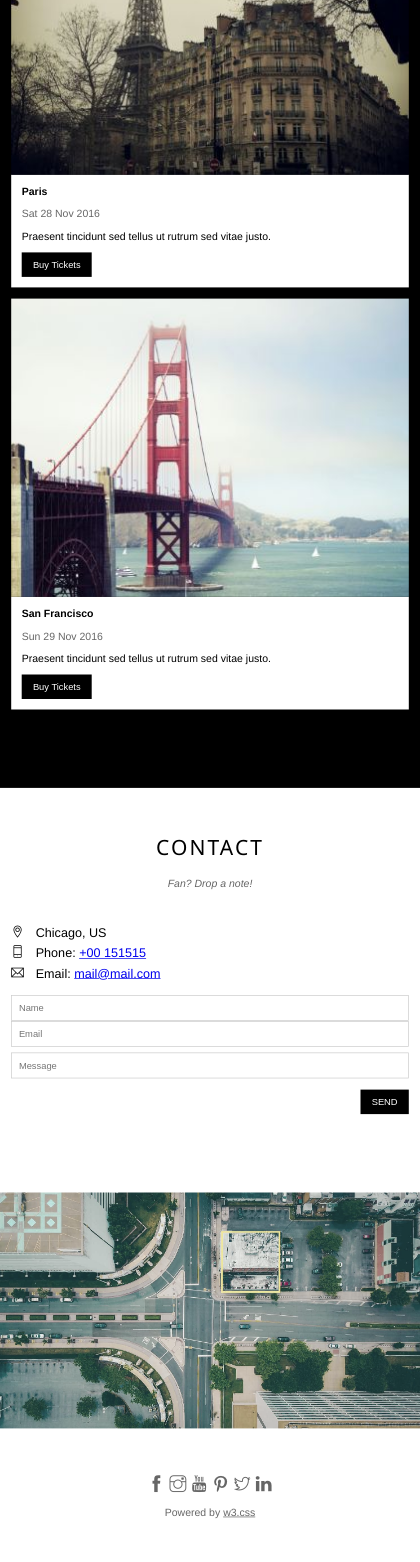
Repository: Lehau79/w3_band
Page: index.html
These files come from the project's save history. The page is drawn as it stood at one moment and after the next save; the edit follows.
The browser window is 600 px wide. The pictures show the part of the page from y = 3182 to 5422 px (the page is 5414 px tall before and 5422 px after), at 70% of full size.

Above is the page before, as saved 2021-11-21 16:57:42.

### index.html
<!DOCTYPE html>
<html lang="en">
<head>
    <meta charset="UTF-8">
    <meta http-equiv="X-UA-Compatible" content="IE=edge">
    <meta name="viewport" content="width=device-width, initial-scale=1.0">
    <title>THE BAND</title>
    <link rel="icon" href="#" type="image/x-icon" />
    <link rel="stylesheet" href="./assets/css/style.css">
    <link rel="stylesheet" href="./assets/css/responsive.css">
    <link rel="stylesheet" href="/assets/font/themify-icons/themify-icons.css">
</head>
<body>
    <div id="main">
        <div id="header">
            <!-- Beign: Nav -->
            <ul id="nav">
                <li><a href="#">Home</a></li>
                <li><a href="#band">Band</a></li>
                <li><a href="#tour">Tour</a></li>
                <li><a href="#contain">Contact</a></li>
                <li>
                    <a href="#">
                        More
                    <i class="nav-arrow-down ti-angle-down"></i>
                    </a>
                    <ul class="subnav">
                        <li><a href="#">Merchandise</a></li>
                        <li><a href="#">Extras</a></li>
                        <li><a href="#">Media</a></li>
                    </ul>
                </li>
            </ul>
            <!-- End: Nav -->

            <!-- Begin: Search button -->
                <div class="search-btn">
                    <i class="search-icon ti-search"></i>
                </div>
            <!-- End: Search button -->

            <!-- Begin: Mobile-menu-btn -->
            <div id="mobile-menu" class="mobile-menu-btn">
                <i class="menu-icon ti-menu"></i>
            </div>
            <!-- End: Mobile-menu-btn -->

        </div>
            <!-- Begin: Slider-->
        <div id="slider">
            <div class="text-content">
                <h2 class="text-heading">Chicago</h2>
                <div class="text-description">Thank you, Chicago - A night we won't forget.</div>
            </div>
        </div>
            <!-- End: Slider -->

            <!-- Begin: Content-->
        <div id="content">

            <!-- Begin: TheBand Section-->
            <div class="content-section" id="band">
                <h2 class="content-heading">THE BAND</h2>
                <p class="content-sub-heading">We love music</p>
                <p class="about-text">We have created a fictional band website. Lorem ipsum dolor sit amet, consectetur adipiscing elit, sed do eiusmod tempor incididunt ut labore et dolore magna aliqua. Ut enim ad minim veniam, quis nostrud exercitation ullamco laboris nisi ut aliquip ex ea commodo consequat. Duis aute irure dolor in reprehenderit in voluptate velit esse cillum dolore eu fugiat nulla pariatur. Excepteur sint occaecat cupidatat non proident, sunt in culpa qui officia deserunt mollit anim id est laborum consectetur adipiscing elit, sed do eiusmod tempor incididunt ut labore et dolore magna aliqua. Ut enim ad minim veniam, quis nostrud exercitation ullamco laboris nisi ut aliquip ex ea commodo consequat.</p>
                <div class="row members-list">
                    <div class="col col-third s-col-full mt-32 text-center">
                        <p class="member-name">Name</p>
                        <img src="./assets/images/Band/Member1.jpg" alt="LVH" class="member-img">
                    </div>
                    <div class="col col-third s-col-full mt-32 text-center">
                        <p class="member-name">Name</p>
                        <img src="./assets/images/Band/Member1.jpg" alt="LVH" class="member-img">
                    </div>
                    <div class="col col-third s-col-full mt-32 text-center">
                        <p class="member-name">Name</p>
                        <img src="./assets/images/Band/Member1.jpg" alt="LVH" class="member-img">
                    </div>
                </div>
            </div>
            <!--End: TheBand Section-->

            <!-- Begin: Tour Section-->
            <div class="tour-section" id="tour">
                <div class="content-section">
                    <h2 class="content-heading text-white">TOUR DATES</h2>
                    <p class="content-sub-heading text-white">Remember to book your tickets!</p>

                    <ul class="tickets-list">
                        <li>Setember <span class="sold-out">Sold out</span></li>
                        <li>October <span class="sold-out">Sold out</span></li>
                        <li>November <span class="sold-quatity">3</span></li>
                    </ul>

                    <!--Begin :Tour Places Section-->
                    <div class="row place-list">
                        <div class="col col-third s-col-full mt-16">
                            <img src="./assets/images/Places/Place1.jpg" alt="New York" class="place-img">
                            <div class="place-body">
                                <h3 class="place-heading">New York</h3>
                                <p class="place-time">Fri 27 Nov 2016</p>
                                <p class="place-desc">Praesent tincidunt sed tellus ut rutrum sed vitae justo.</p>
                                <button class="btn s-full-width js-buy-ticket">Buy Tickets</button>
                            </div>
                        </div>

                        <div class="col col-third s-col-full mt-16">
                            <img src="./assets/images/Places/Place2.jpg" alt="New York" class="place-img">
                            <div class="place-body">
                                <h3 class="place-heading">Paris</h3>
                                <p class="place-time">Sat 28 Nov 2016</p>
                                <p class="place-desc">Praesent tincidunt sed tellus ut rutrum sed vitae justo.</p>
                                <button class="btn s-full-width js-buy-ticket">Buy Tickets</button>
                            </div>
                        </div>

                        <div class="col col-third s-col-full mt-16">
                            <img src="./assets/images/Places/place3.jpg" alt="New York" class="place-img">
                            <div class="place-body">
                                <h3 class="place-heading">San Francisco</h3>
                                <p class="place-time">Sun 29 Nov 2016</p>
                                <p class="place-desc">Praesent tincidunt sed tellus ut rutrum sed vitae justo.</p>
                                <button class="btn s-full-width js-buy-ticket">Buy Tickets</button>
                            </div>
                        </div>


                    </div>
                    <!--End: Tour Places Section-->
                </div>
            </div>
            <!-- End: Tour Place Section-->


            <!-- Begin: Contact Section-->
            <div class="content-section" id="contain" >
                <h2 class="content-heading">CONTACT</h2>
                <p class="content-sub-heading">Fan? Drop a note!</p>

                <div class="row  contact-content">
                    <div class="col col-half s-col-full contact-info">
                        <p><i class="ti-location-pin"></i> Chicago, US</p>
                        <p><i class="ti-mobile"></i>  Phone: <a href="tel:+00 151515">+00 151515</a></p>
                        <p><i class="ti-email"></i> Email: <a href="mailto:mail@mail.com">mail@mail.com</a></p>

                    </div>
                    <div class="col col-half s-col-full contact-form">
                        <form action="">
                            <div class="row">
                                <div class="col col-half s-col-full">
                                    <input type="text" name="" id="" required class="form-control" placeholder="Name">
                                </div>
                                <div class="col col-half s-col-full s-mt-8">
                                    <input type="email" name="" id="" required class="form-control" placeholder="Email">
                                </div>
                            </div>
                            <div class="row mt-8">
                                <div class="col col-full">
                                    <input type="text" name="" id="" required class="form-control" placeholder="Message">
                                </div>
                            </div>
                            <input class="btn s-full-width mt-16 pull-right" type="submit" value="SEND" />
                        </form>
                    </div>
            </div>
            </div>
            <!-- End: Contact Section-->

            <div class="image-section">
                <img src="./assets/images/Map/map.jpg" alt="Map">
            </div>
        </div>
        <!-- End: Content Section-->

        <!-- Begin: Footer-->
        <div id="footer">
            <div class="socials-list">
                <a href=""><i class="ti-facebook"></i></a>
                <a href=""><i class="ti-instagram"></i></a>
                <a href=""><i class="ti-youtube"></i></a>
                <a href=""><i class="ti-pinterest"></i></a>
                <a href=""><i class="ti-twitter"></i></a>
                <a href=""><i class="ti-linkedin"></i></a>
            </div>
            <p class="copyright">Powered by <a href="">w3.css</a></p>
        </div>
        <!--End :Footer-->
    </div>

    <div class="modal js-modal">
        <div class="modal-container js-modal-container">
            <div class="modal-close js-modal-close">
                <i class="ti-close"></i>
            </div>
            <header class="modal-header">
                <i class="modal-heading-icon ti-bag"></i>
                Tickets
            </header>
            <div class="modal-body">
                <label for="ticket-quality" class="modal-label">
                    <i class="ti-shopping-cart"></i>
                    Tickets, $15 per person
                </label>
                <input type="text"  id="ticket-quality" class="modal-input" placeholder="How many?">

                <label for="ticket-email" class="modal-label">
                    <i class="ti-user"></i>
                    Send to
                </label>
                <input type="email"  id="ticket-email" class="modal-input" placeholder="Enter email ......">

                <button class="buy-tickets">
                    Pay <i class="ti-check"></i>
                </button>
            </div>
            <footer class="modal-footer">
                <p class="modal-help">Need
                    <a href="#">help?</a>
                </p>
            </footer>
        </div>
    </div>
    <script>
        /* Begin: Modal */
        const buyBtns = document.querySelectorAll('.js-buy-ticket')
        const modal = document.querySelector('.js-modal')
        const modalClose = document.querySelector('.js-modal-close')
        const modalContainer = document.querySelector('.js-modal-container')
        function showBuyTickets() {
            modal.classList.add('open')
        }

        function hideBuyTickes() {
            modal.classList.remove('open')
        }

        for(const buyBtn of buyBtns) {
            buyBtn.addEventListener('click',showBuyTickets)
        }

        modalClose.addEventListener('click',hideBuyTickes)

        modal.addEventListener('click',hideBuyTickes)

        modalContainer.addEventListener('click', function (event) {
            event.stopPropagation()
        })
        /* End: Modal */

        /* Đóng mở Mobile Menu */
        var header = document.getElementById('header')
        var mobileMenu = document.getElementById('mobile-menu')
        var headerHeight = header.clientHeight;

        mobileMenu.onclick = function() {
            var isClosed = header.clientHeight === headerHeight ;
            if (isClosed){
                header.style.height = "auto";
            }   else {
                header.style.height = null;
            }
        }

        /* Tự động đóng khi chọn menu */
        var menuItems = document.querySelectorAll('#nav li a[href*="#"]');
        for(var i = 0 ; i < menuItems.length; i++) {
            var menuItem = menuItems[i];

            menuItem.onclick = function(event) {
                var isParentMenu = this.nextElementSibling && this.nextElementSibling.classList.contains('subnav');
                if(isParentMenu){
                    event.preventDefault();
                } else {
                    header.style.height= null;
                }

            }
        }

    </script>
</body>
</html>

### assets/css/style.css
* {
    padding: 0;
    margin: 0;
    box-sizing: border-box;
}

html {
    scroll-behavior: smooth;
    font-family: Helvetica, Arial, sans-serif;
}

/* Common */
.clear {
    clear: both;
}

.text-white {
    color: #fff !important;
}

.text-center {
    text-align: center !important;
}

.pull-right {
    float: right !important;
}

.btn {
    color: #fff;
    background-color: #000;
    padding: 10px 16px;
    text-decoration: none;
    display: inline-block;
    margin-top: 15px;
    border: none;
}

.btn:hover {
    color: #000;
    background-color: #ccc;
    cursor: pointer;
}

.row {
    margin-left: -8px;
    margin-right: -8px;
}

.row::after {
    content: "";
    display: block;
    clear: both;
}
.col {
    float: left;
    padding-left: 8px;
    padding-right: 8px;
}

.col-third {
    width: 33.3333%;
}

.col-half {
    width: 50%;
}

.col-full {
    width: 100%;
}

.mt-8 {
    margin-top: 8px !important;
}
.mt-16 {
    margin-top: 16px !important;
}

.mt-32 {
    margin-top: 32px !important;
}
/* Main */

#header {
    height: 46px;
    background-color: #000;
    position: fixed;
    top: 0px;
    left: 0px;
    right: 0px;
    z-index: 1;
    overflow: hidden;
}

#nav {
    display: inline-block;
}

#nav , .subnav {
    list-style-type: none;
}

#nav > li {
    display: inline-block;
}
#nav li {
    position: relative;
}
#nav > li > a {
    color: #fff;
    text-transform: uppercase;
}
#nav li a {
    text-decoration: none;
    line-height: 46px;
    padding: 0 24px;
    display: block;
}

#nav li:hover .subnav {
    display: block;
}

#nav > li:hover > a,
#nav .subnav li:hover a {
    color: #000;
    background-color: #ccc;
}

#nav .subnav {
    display: none;
    position: absolute;
    min-width: 160px;
    background-color: #fff;
    top: 100%;
    box-shadow: 0px 0px 10px rgba(0 ,0,0,0.5);
}

#nav .subnav a {
    color: #000;
    padding: 0 12px;
    line-height: 38px;
}
#nav .nav-arrow-down {
    font-size: 14px;
}

#header .mobile-menu-btn {
    position: absolute;
    top: 0;
    right: 0;
    display: none;
}

#header .mobile-menu-btn,
#header .search-btn {
    float: right;
    padding: 0px 21px;
}

#header .search-btn:hover {
    cursor: pointer;
    background-color: #f44336;
}

#header .mobile-menu-btn:hover {
    background-color: #ccc;
}

#header .mobile-menu-btn:hover .menu-icon {
    color: #000;
}

#header .menu-icon,
#header .search-icon {
    color: #fff;
    font-size: 20px;
    line-height: 46px;
}

#slider {
    margin-top: 46px;
    padding-top: 50%;
    background: url('/assets/images/Slider/Slider1.jpg') top center / cover no-repeat;
    position: relative;
}

#slider .text-content {
    position: absolute;
    color: #fff;
    bottom: 47px;
    /** Cach 1 : Canh giua
    width: 100%;
    */
    /** Cach 2 : Canh giua
    left: 0;
    right: 0;
     */
    /** Cach 3: Canh giua */
    left: 50%;
    transform: translateX(-50%);
    text-align: center;
}

#slider .text-heading {
    font-weight: 500;
    font-size: 24px;
}

#slider .text-description {
    font-size: 15px;
    margin-top: 25px;

}


#content .content-section{
    width: 800px;
    max-width: 100%;
    padding: 64px 0px 112px;
    margin-left: auto;
    margin-right: auto;
    padding-left: 16px;
    padding-right: 16px;
}
#content .content-heading{
    text-align: center;
    font-size: 30px;
    font-weight: 400;
    letter-spacing: 3px;
    font-family: 'Segoe UI', Arial,sans-serif;
}
#content .content-sub-heading{
    text-align: center;
    margin-top: 23px;
    opacity: 0.6;
    font-style: italic;
    font-size: 15px;
}
#content .about-text{
    text-align:justify;
    margin: 15px 0px;
    font-size: 15px;
    line-height: 1.4;
}

#content .members-list{
    margin-top: 32px;
}

#content .member-name{
    font-size: 15px;
}

#content .member-img{
    margin-top: 15px;
    width: 154px;
    border-radius: 4px;
}

/** Tour */
.tour-section {
    background-color: #000;
}

.tickets-list {
    margin-top: 40px;
    background-color: #fff;
    font-size: 15px;
}

.tickets-list li {
    padding: 8px 16px;
    color: #757575;
    list-style: none;
    padding: 11px 16px;
    border-bottom: 1px solid #ddd;
}

.tickets-list .sold-out {
    margin-left: 16px;
    background-color: #f44336;
    color: #fff;
    padding: 3px 8px;
}

.tickets-list .sold-quatity {
    float: right;
    height: 24px;
    width: 24px;
    background-color: #000;
    color: #fff;
    border-radius: 50%;
    text-align: center;
    line-height: 24px;
    margin-top: -2px;
    margin-right: 16px;
}
/* Place */
.place-list {
    margin-top: 16px;
}


.place-img {
    width: 100%;
    display: block;
}

.place-img:hover {
    opacity: 0.6;
}

.place-body {
    background-color: #fff;
    font-size: 15px;
    padding: 15px;
}

.place-heading {
    font-size: 15px;
    font-weight: 600;
}

.place-time {
    margin-top: 15px;
    opacity: 0.6;
}

.place-desc {
    margin-top: 15px;
}


/* Contact from*/
.contact-content {
    margin-top: 48px;
}

.contact-info {
    font-size: 18px;
    line-height: 1.6;
}

.contact-info i[class*="ti-"] {
    width:30px;
    display: inline-block;
}

.contact-form {
    font-size: 15px;
}

.contact-form .form-control {
    padding: 10px;
    border: 1px solid #ccc;
    width: 100%;
}

.image-section img {
    width: 100%;
    filter: grayscale(50%);
}

#footer {
   padding: 64px 16px;
   text-align: center;
}

#footer .socials-list {
    font-size: 24px;

}

#footer .socials-list a {
    text-decoration: none;
    color: rgba(0 ,0,0,0.6);
}
#footer .copyright a:hover,
#footer .socials-list a:hover {
    color: rgba(0 ,0,0,0.4);
}

#footer .copyright {
    font-size: 15px;
    color: rgba(0 ,0,0,0.6);
    margin-top: 15px;
}

#footer .copyright a {
    color: rgba(0 ,0,0,0.6);
}

/* Modal */
.modal {
    position: fixed;
    top: 0;
    right: 0;
    left: 0;
    bottom: 0;
    background-color: rgba(0 ,0,0,0.5);
    align-items: center;
    justify-content: center;
    display: none;
}

.modal.open {
    display: flex;
}
.modal-container {
    background-color: #fff;
    width: 900px;
    max-width: calc( 100% - 32px );
    min-height: 200px;
    position: relative;
    animation: modalFadeIn ease 0.6s;
}

.modal-header {
    background: #009688;
    height: 130px;
    display: flex;
    align-items: center;
    justify-content: center;
    font-size: 30px;
    color: #fff;
}
.modal-close {
    position: absolute;
    right: 0;
    top: 0;
    color: #fff;
    padding: 12px;
}

.modal-close:hover {
    color:#000;
    background-color: #ccc;
    cursor: pointer;
}

.modal-heading-icon {
    margin-right: 16px;
}

.modal-body {
    padding: 16px;
}

.modal-label {
    display: block;
    font-size: 15px;
    margin-bottom: 12px;
}

.modal-input {
    border: 1px solid #ccc;
    width: 100%;
    padding: 10px;
    font-size: 15px;
    margin-bottom: 24px;
}

.buy-tickets {
    background: #009688;
    color: #fff;
    border: none;
    font-size: 15px;
    width: 100%;
    text-transform: uppercase;
    padding: 18px;
}

.buy-tickets:hover {
    opacity: 0.9;
    cursor: pointer;
}
.modal-footer {
    padding: 16px;
    text-align: right;

}

.modal-footer a {
    color: #2196F3;
}

@keyframes modalFadeIn {
    from {
        transform: translateY(-130px);
        opacity: 0;
    }
    to {
        opacity: 1;
        transform: translateY(0px);
    }
}

### assets/css/responsive.css
/* PC */
@media (min-width:1024px) {

}

/* Tablet */

@media (min-width:740px) and (max-width:1023px) {

}

/* Mobile */
@media (max-width:740px) {
    .s-col-full {
        width: 100%;
    }

    #header {
        overflow: hidden;
    }

    #header .mobile-menu-btn {
        display: block;
    }

    #header .search-btn {
        display: none;
    }

    #nav {
        display: block;
    }

    #nav li a {
        padding: 1px 24px;
    }

    #nav > li {
        display: block;
    }

    #nav >li:first-child {
        display: inline-block;
    }

    #nav .subnav {
        position: initial;
        background-color: #000;
    }

    #nav .subnav a {
        padding: 5px 41px;
        color: #fff;
    }

    #content .member-img {
        width: 60%;
    }

    .contact-form {
        margin-top: 16px;
    }
}

Loaded but not shown: assets/font/themify-icons/themify-icons.css (common file)

After the next save:
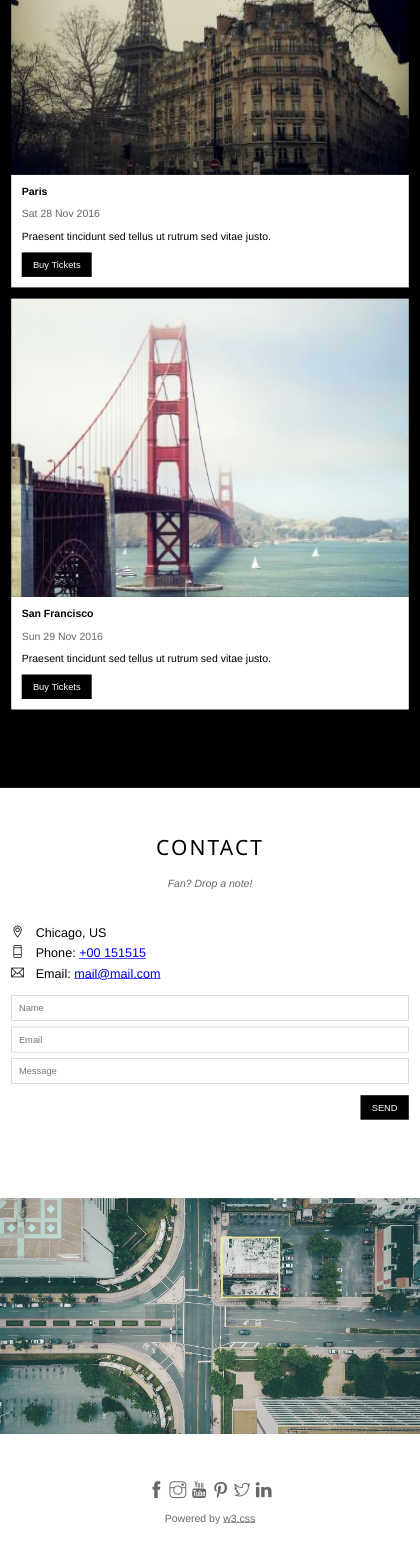
Saved 98 s later.
--- a/assets/css/responsive.css
+++ b/assets/css/responsive.css
@@ -12,9 +12,12 @@
 /* Mobile */
 @media (max-width:740px) {
     .s-col-full {
-        width: 100%;
+        width: 100% !important;
     }
 
+    .s-mt-8 {
+        margin-top: 8px !important;
+    }
     #header {
         overflow: hidden;
     }
